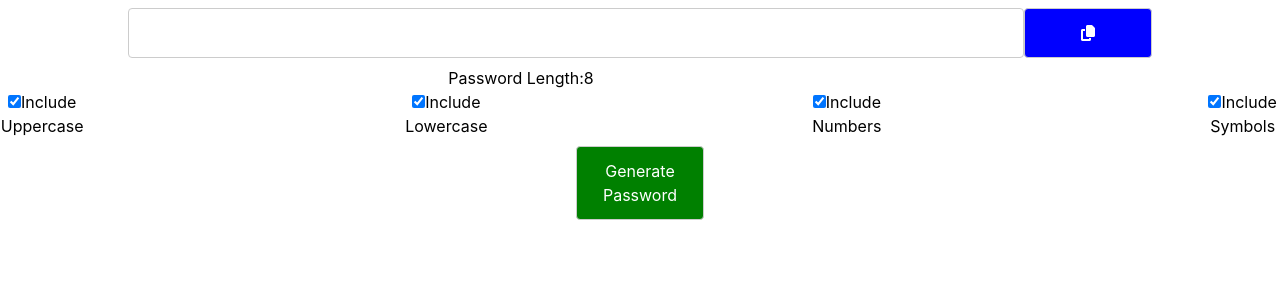
Repository: sriram1224/Password-generator
Page: / (app in password-generator/)
These files come from the project's save history. The page is drawn as it stood at one moment and after the next save; the edit follows.
The browser window is 1280 px wide. The pictures show the whole page.
Some web libraries are served in a nearby version. The project was rebuilt for these pictures with package versions that can differ from the ones it lists, and the page was loaded fresh each time.

Above is the page before, as saved 2024-03-10 21:34:07.

### password-generator/public/index.html
<!DOCTYPE html>
<html lang="en">

<head>
  <meta charset="utf-8" />
  <link rel="icon" href="%PUBLIC_URL%/favicon.ico" />
  <meta name="viewport" content="width=device-width, initial-scale=1" />
  <meta name="theme-color" content="#000000" />
  <meta name="description" content="Web site created using create-react-app" />

  <link rel="apple-touch-icon" href="%PUBLIC_URL%/logo192.png" />
  <link rel="stylesheet" href="https://cdnjs.cloudflare.com/ajax/libs/font-awesome/6.5.1/css/all.min.css"
    integrity="sha512-DTOQO9RWCH3ppGqcWaEA1BIZOC6xxalwEsw9c2QQeAIftl+Vegovlnee1c9QX4TctnWMn13TZye+giMm8e2LwA=="
    crossorigin="anonymous" referrerpolicy="no-referrer" />
  <link rel="manifest" href="%PUBLIC_URL%/manifest.json" />

  <title>React App</title>
</head>

<body>
  <noscript>You need to enable JavaScript to run this app.</noscript>
  <div id="root"></div>
  <script src="https://cdn.tailwindcss.com"></script>
</body>

</html>

### password-generator/src/App.js
import PasswordGenerator from './Components/content.js';
import './App.css';

function App() {
  return (
    <div className="App">
       <PasswordGenerator />

    </div>
  );
}

export default App;

### password-generator/src/Components/content.js
import React, { useState } from 'react';
import "./content.css"
const PasswordGenerator = () => {
  const [includeUppercase, setIncludeUppercase] = useState(true);
  const [includeLowercase, setIncludeLowercase] = useState(true);
  const [includeNumbers, setIncludeNumbers] = useState(true);
  const [includeSymbols, setIncludeSymbols] = useState(true);
  const [password, setPassword] = useState('');
  const [passwordLength, setPasswordLength] = useState(8);

  const generatePassword = () => {
    const uppercaseChars = 'ABCDEFGHIJKLMNOPQRSTUVWXYZ';
    const lowercaseChars = 'abcdefghijklmnopqrstuvwxyz';
    const numberChars = '0123456789';
    const symbolChars = '!@#$%^&*()_+-=[]{}|;:,.<>?';

    let chars = '';
    if (includeUppercase) chars += uppercaseChars;
    if (includeLowercase) chars += lowercaseChars;
    if (includeNumbers) chars += numberChars;
    if (includeSymbols) chars += symbolChars;

    let generatedPassword = '';
    for (let i = 0; i < passwordLength; i++) {
      const randomIndex = Math.floor(Math.random() * chars.length);
      generatedPassword += chars[randomIndex];
    }
    setPassword(generatedPassword);
  };

  const copyToClipboard = () => {
    navigator.clipboard.writeText(password);
  };

  return (
    <div>


      <div>
        <input type="text" readOnly value={password} class="text-input"	 />
        <button onClick={copyToClipboard} class="copy"><i class="fa-solid fa-copy"></i></button>
          </div>
          <div>
        <label>
          Password Length:
          <input type="number" value={passwordLength} onChange={(e) => setPasswordLength(parseInt(e.target.value))} />
        </label>
          </div>
          <div class="checkboxed">
               <div>
        <label>
          <input type="checkbox" checked={includeUppercase} onChange={() => setIncludeUppercase(!includeUppercase)} />
          Include Uppercase
        </label>
      </div>
      <div>
        <label>
          <input type="checkbox" checked={includeLowercase} onChange={() => setIncludeLowercase(!includeLowercase)} />
          Include Lowercase
        </label>
      </div>
      <div>
        <label>
          <input type="checkbox" checked={includeNumbers} onChange={() => setIncludeNumbers(!includeNumbers)} />
          Include Numbers
        </label>
      </div>
      <div>
        <label>
          <input type="checkbox" checked={includeSymbols} onChange={() => setIncludeSymbols(!includeSymbols)} />
          Include Symbols
        </label>
              </div>
            </div>

          <button onClick={generatePassword} class="generate">Generate Password</button>
    </div>
  );
};

export default PasswordGenerator;

### password-generator/src/Components/content.css
.text-input{
    width: 70%;
    padding: 12px 20px;
    margin: 8px 0;
    display: inline-block;
    border: 1px solid #ccc;
    border-radius: 4px;
    box-sizing: border-box;
}
.copy{
    width: 10%;
    padding: 12px 20px;
    margin: 8px 0;
    display: inline-block;
    border: 1px solid #ccc;
    border-radius: 4px;
    box-sizing: border-box;
    background-color: blue;
    color: white;
}
.checkboxed{
    display: flex;
    gap: 20rem;
}
.generate{
    width: 10%;
    padding: 12px 5px;
    margin: 8px 0;
    display: inline-block;
    border: 1px solid #ccc;
    border-radius: 4px;
    box-sizing: border-box;
    background-color: green;
    color: white;
}

Loaded but not shown: password-generator/src/index.js (common file); password-generator/src/index.css (common file); password-generator/src/reportWebVitals.js (common file); password-generator/src/App.css (common file)

After the next save:
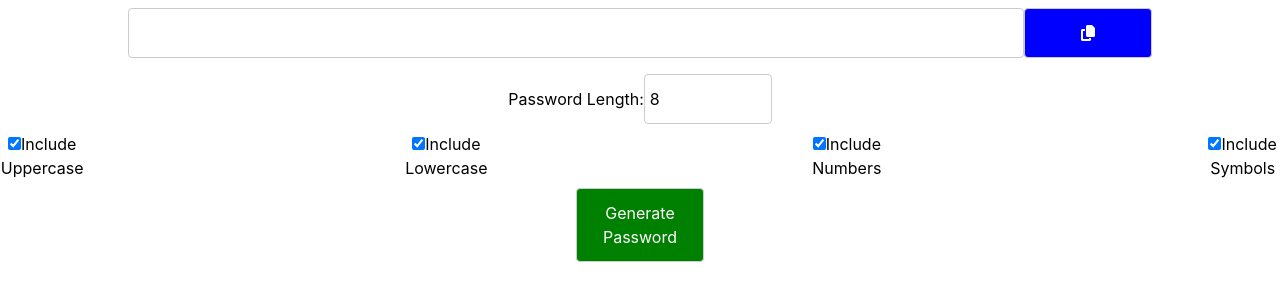
Saved 78 s later.
--- a/password-generator/src/Components/content.js
+++ b/password-generator/src/Components/content.js
@@ -43,7 +43,7 @@ const PasswordGenerator = () => {
           <div>
         <label>
           Password Length:
-          <input type="number" value={passwordLength} onChange={(e) => setPasswordLength(parseInt(e.target.value))} />
+          <input type="number" value={passwordLength} class="input-numbers" onChange={(e) => setPasswordLength(parseInt(e.target.value))} />
         </label>
           </div>
           <div class="checkboxed">
--- a/password-generator/src/Components/content.css
+++ b/password-generator/src/Components/content.css
@@ -33,3 +33,12 @@
     background-color: green;
     color: white;
 }
+.input-numbers{
+    width: 10%;
+    padding: 12px 5px;
+    margin: 8px 0;
+    display: inline-block;
+    border: 1px solid #ccc;
+    border-radius: 4px;
+    box-sizing: border-box;
+}
